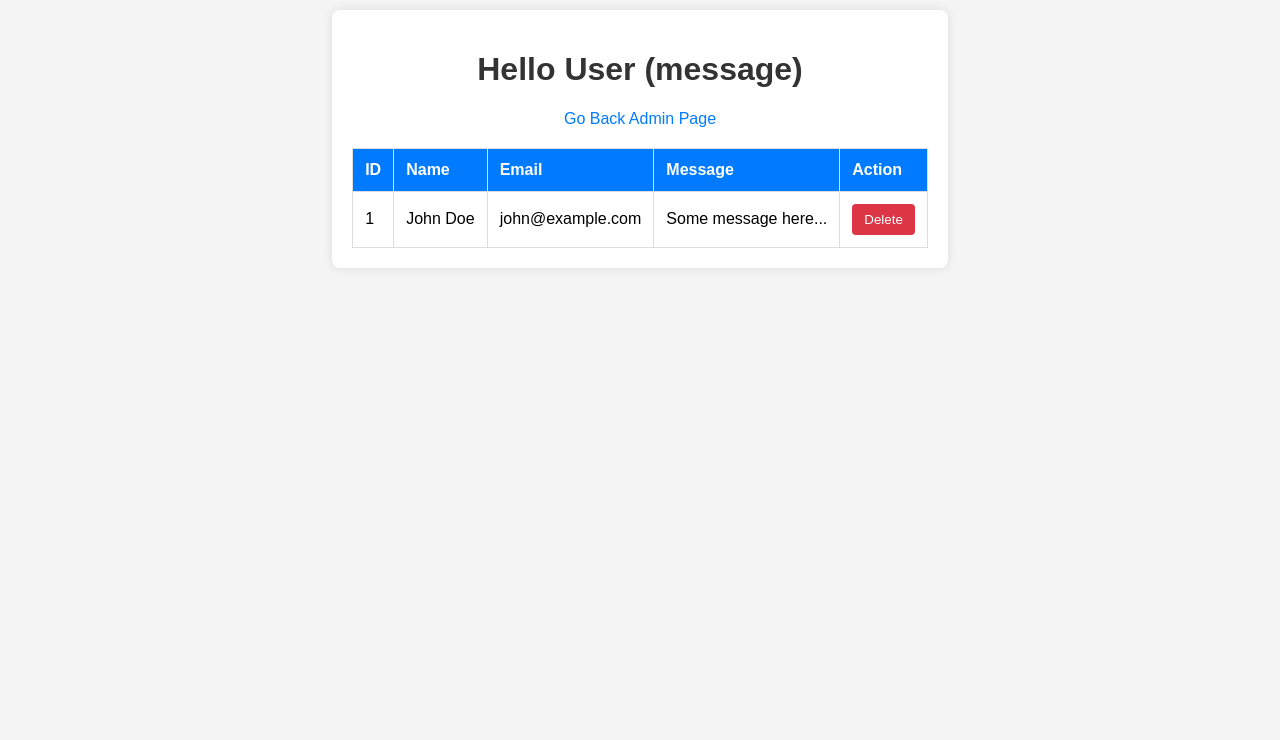
Repository: HAIDAR123654/CodeHuntMvcProject
Page: http://localhost/myportfolio/read-message.jsp
The author's editor kept a copy of each file at every save. The page is drawn from the files as they stood at one save, then again after the next save.
The browser window is 1280 px wide. The pictures show the whole page.
The page is served by Tomcat 9. The session is filled in as if someone had signed in: {"username": "testuser", "login": "testuser"}.

Above is the page before, as saved 2024-01-26 18:02:54.

After the next save:
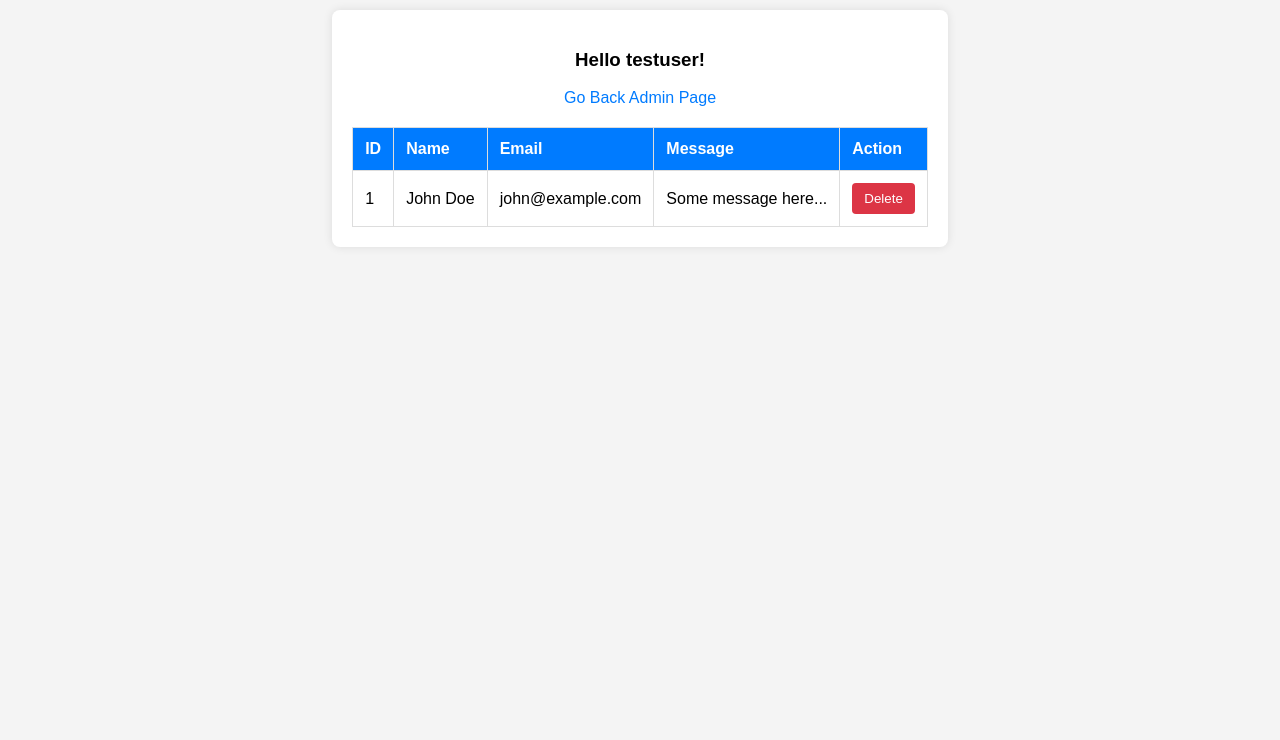
Saved 66 s later.
--- a/myportfolio/src/main/webapp/read-message.jsp
+++ b/myportfolio/src/main/webapp/read-message.jsp
@@ -87,7 +87,12 @@
 </head>
 <body>
     <div class="container">
-        <h1>Hello User (message)</h1>
+        <%
+         String user = (String)session.getAttribute("login");
+        %>
+       <h3>Hello <%=user %>!</h3>
+
+       <%@include file="messageprint.jsp" %>
         <a class="back-link" href="admin.jsp">Go Back Admin Page</a>
 
         <table>
